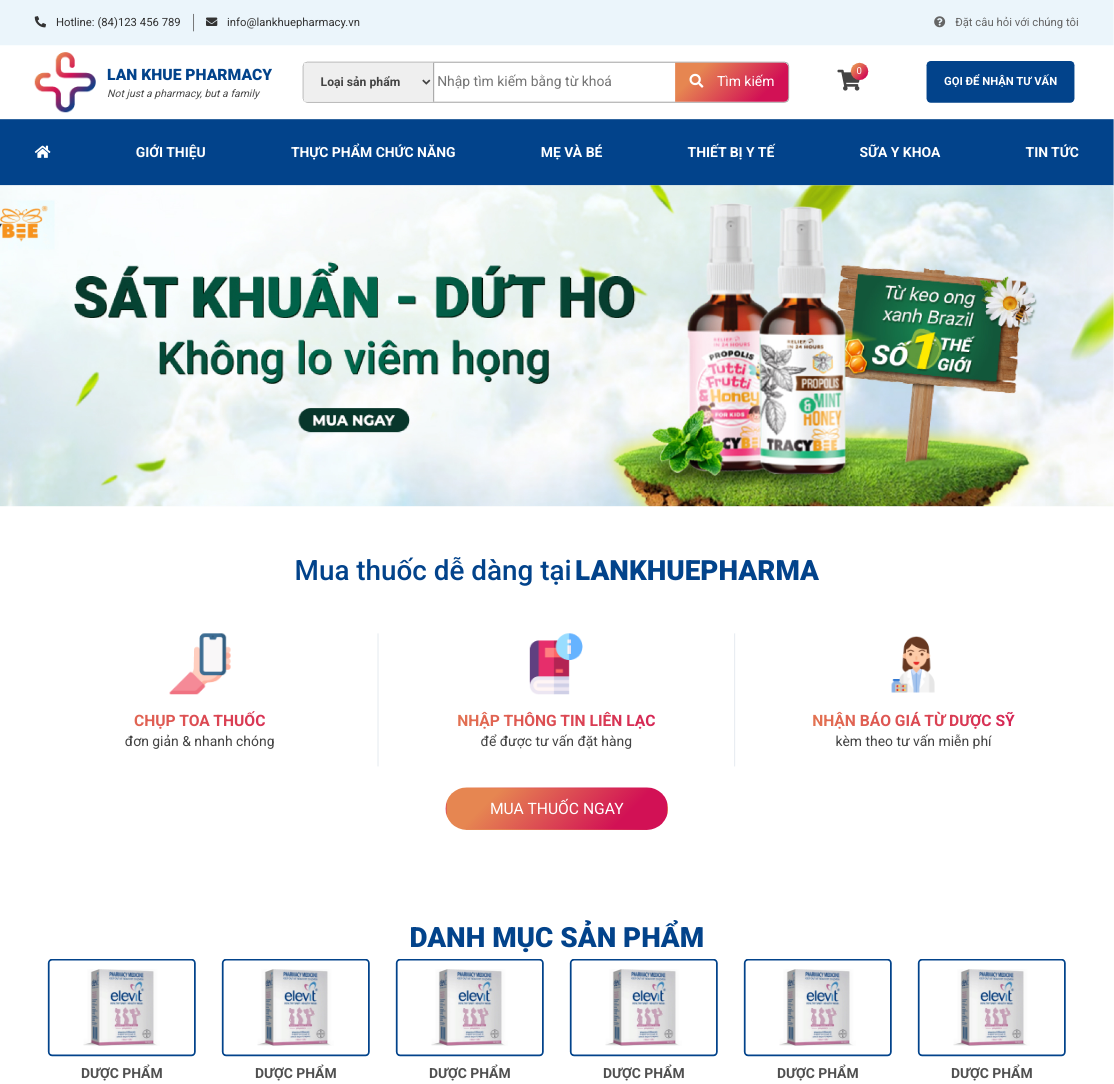
Repository: haianh12082001/Lan-khue
Page: index.html
An editor plug-in stored every save of this project. The page is shown before and after the next save, followed by the edit.
The browser window is 1280 px wide. The pictures show the whole page, at 87% of full size.
Some web libraries are served in a nearby version. The style sheet was rebuilt from its Sass, Less or Tailwind sources for each picture, by a compiler version that may differ from the author's.

Above is the page before, as saved 2021-12-18 14:42:30.

After the next save:
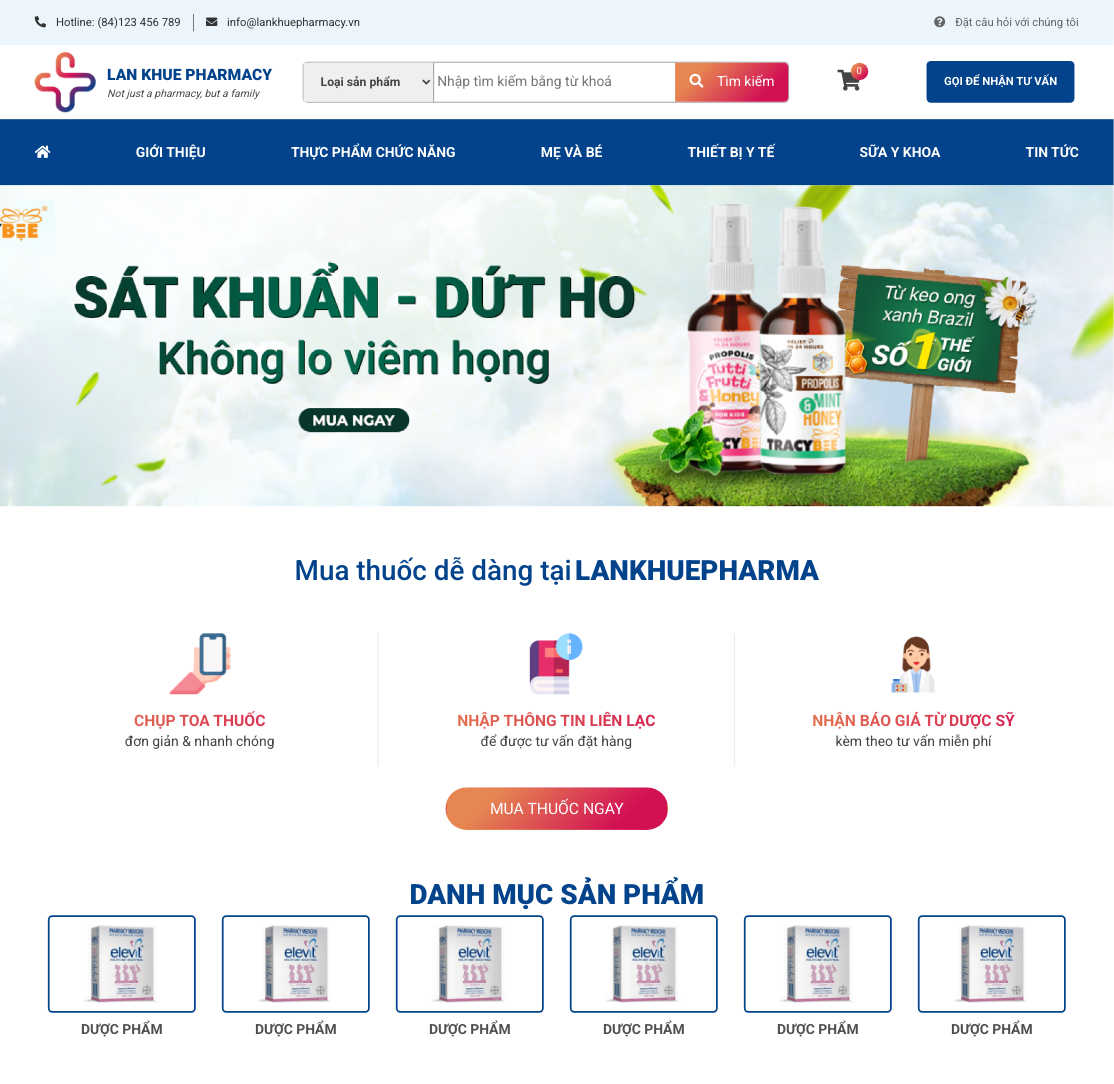
Saved 47 s later.
--- a/assets/sass/_body.scss
+++ b/assets/sass/_body.scss
@@ -35,7 +35,7 @@
     }
 }
 .product-category {
-    padding-top: 50px;
+    padding-bottom: 50px;
     .item {
         padding: 0 15px;
     }
